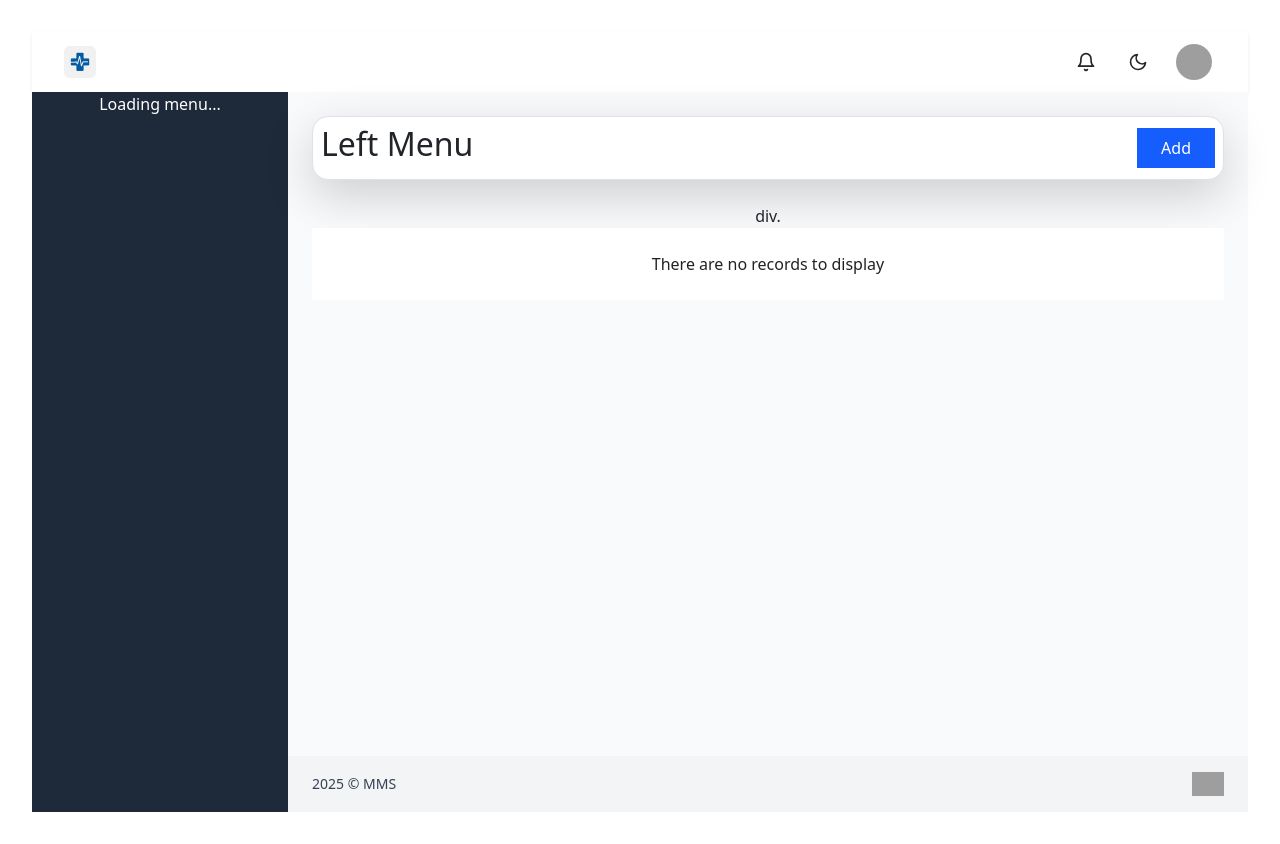
Repository: Giri1103r/Medical_Management_System
Page: /leftmenu (app in my-app/)
These files come from the project's save history. The page is drawn as it stood at one moment and after the next save; the edit follows.
The browser window is 1280 px wide. The pictures show the whole page.
Pictures or frames that could not be fetched are drawn as grey boxes. The page's requests for data from a server got no answer. The project was rebuilt for these pictures with package versions that can differ from the ones it lists, and the page was loaded fresh each time. Some packages were replaced by stand-ins written for this rebuild. No one was signed in, and anything a server would have sent is missing. Also part of the build but not shown: my-app/vite.config.js, my-app/src/Register.jsx, my-app/src/Home.jsx, my-app/src/Login.jsx, my-app/src/layouts/Partial/side_bar.jsx, my-app/src/Dashboard.jsx, my-app/src/api.jsx, my-app/src/Profile.jsx and 5 more.

Above is the page before, as saved 2025-09-30 17:05:51.

### my-app/index.html
<!doctype html>
<html lang="en">
  <head>
    <meta charset="UTF-8" />
    <link rel="icon" type="image/svg+xml" href="" />
    <meta name="viewport" content="width=device-width, initial-scale=1.0" />
  <title>%VITE_APP_NAME%</title>
  </head>
  <body>
    <div id="root"></div>
    <script type="module" src="/src/main.jsx"></script>
  </body>
</html>

### my-app/src/App.jsx
import { BrowserRouter as Router, Routes, Route, NavLink } from "react-router-dom";
import './App.css';
import Register from "./Register";
import Home from "./Home";
import Login from "./Login";
import Dashboard from "./Dashboard";
import Profile from "./Profile";
import { UserProvider } from "./context/UserContext";
import { MasterdataProvider } from "./context/MasterdataContext";
import Leftmenuadd from "./admin/leftmenu/Leftmenuadd";
import SpecializationAdd from "./admin/specialization/SpecializationAdd";
import SpecializationList from "./admin/specialization/SpecializationList";
import SpecializationEdit from "./admin/specialization/SpecializationEdit";
import SpecializationView from "./admin/specialization/SpecializationView";
import FlashProvider from "./context/FlashContext";
import LeftmenuList from "./admin/leftmenu/LeftmenuList";





function App() {
  return (
    <Router>
      <UserProvider>
        <MasterdataProvider>
          <FlashProvider>
            <div className="">
              <Routes>
                <Route path="/register" element={<Register />} />
                <Route path="/" element={<Login />} />
                <Route path="/dashboard" element={<Dashboard />} />
                <Route path="/profile" element={<Profile />} />
                <Route path="/leftmenu" element={<LeftmenuList />} />
                <Route path="/leftmenu/add" element={<Leftmenuadd />} />
                <Route path="/specialization/add" element={<SpecializationAdd />} />
                <Route path="/specialization" element={<SpecializationList />} />
                <Route path="/specialization/edit/:id" element={<SpecializationEdit />} />
                <Route path="/specialization/view/:id" element={<SpecializationView />} />
              </Routes>
            </div>
          </FlashProvider>
        </MasterdataProvider>
      </UserProvider>
    </Router>
  );
}

export default App;

### my-app/src/context/UserContext.jsx
import React, { createContext, useState, useEffect } from "react";
import { jwtDecode } from "jwt-decode";// fixed import for Vite

export const UserContext = createContext();

export const UserProvider = ({ children }) => {
  const [user, setUser] = useState(null);

  useEffect(() => {
    const token = localStorage.getItem("token");
    if (token) {
      try {
        const decoded = JSON.parse(atob(token.split('.')[1]));
        const userId = decoded.id;

        fetch(`/users/${userId}`, {
          headers: { Authorization: `Bearer ${token}` },
        })
          .then(res => res.json())
          .then(data => setUser(data))
          .catch(err => {
            console.error("Failed to fetch user details", err);
            setUser(null);
          });

      } catch (error) {
        console.error("Invalid token", error);
        setUser(null);
      }
    }
  }, []);


  return (
    <UserContext.Provider value={{ user, setUser }}>
      {children}
    </UserContext.Provider>
  );
};

### my-app/src/context/MasterdataContext.jsx
// src/context/MasterdataContext.jsx
import React, { createContext, useState } from "react";
import axios from "axios";

// Only declare once
export const MasterdataContext = createContext();

export const MasterdataProvider = ({ children }) => {
  const [data, setData] = useState({});
  const [loading, setLoading] = useState({});

  const fetchData = async (key, url) => {
    setLoading(prev => ({ ...prev, [key]: true }));
    try {
      const res = await axios.get(url);
      setData(prev => ({ ...prev, [key]: res.data }));
    } catch (err) {
      console.error(`Error fetching ${key}:`, err);
      setData(prev => ({ ...prev, [key]: [] }));
    } finally {
      setLoading(prev => ({ ...prev, [key]: false }));
    }
  };

  return (
    <MasterdataContext.Provider value={{ data, loading, fetchData }}>
      {children}
    </MasterdataContext.Provider>
  );
};

### my-app/src/context/FlashContext.jsx
import React, { createContext, useContext, useEffect, useState } from "react";
import axios from "axios";
import { useLocation } from "react-router-dom";
import { toast, ToastContainer } from "react-toastify";
import "react-toastify/dist/ReactToastify.css";

const FlashContext = createContext()

export const useFlash = () => useContext(FlashContext);



const  FlashProvider =({children}) => {

    const location = useLocation();

   const flash = (msg, type = "success") => {
    if (type === "success") toast.success(msg);
    if (type === "error") toast.error(msg);
    if (type === "info") toast.info(msg);
    if (type === "warn") toast.warn(msg);
  };

  useEffect(()=>{
    if (location.state?.message) {
      flash(location.state.message, "success");
      window.history.replaceState({}, document.title);
    }
  }, [location]);
 return (
    <FlashContext.Provider value={{ flash }}>
      {children}
      <ToastContainer position="top-right" autoClose={3000} />
    </FlashContext.Provider>
  );
};

export default FlashProvider;

### my-app/src/admin/leftmenu/LeftmenuList.jsx
import React from 'react'
import { useNavigate } from 'react-router-dom'
import AdminLayout from '../../layouts/adminLayout';
import DataTable from "react-data-table-component";

const LeftmenuList = () => {

    const columns = [
        {
            name: "Menu Name", selector: row => row.name, sortable: true

        },
        {
            name: "Status", selector: row => row.status == 1 ? 'Active' : 'In-active',
            sortable: true,
            // cell: row =>(

            // )
        },
        {
            name: "Created At", selector: row => row.created_at, sortable: true
        },
        {
            name: "Updated At", selector: row => row.updated_at, sortable: true
        },
    ]
    const navigate = useNavigate();
    return (
        <AdminLayout>
            <div className="rounded-2xl overflow-hidden shadow-lg bg-white border mb-4">
                <div className="p-2 flex items-center justify-between">
                    <h2 className="text-sm font-bold text-gray-800">Left Menu</h2>
                    <div className='flex gap-2'>

                        <button
                            type="button"
                            onClick={() => navigate('/leftmenu/add')}
                            className="px-4 py-2 bg-blue-600 text-white rounded-lg hover:bg-blue-700"
                        >
                            Add
                        </button>
                    </div>
                </div>
            </div>

            div.

            <DataTable
                columns={columns}
                pagination
                highlightOnHover
                pointerOnHover
                striped
                responsive
            />
        </AdminLayout>
    );

}

export default LeftmenuList

### my-app/src/layouts/adminLayout.jsx
import React from "react";
import Header from "./Partial/header";
import Footer from "./Partial/footer";
import LeftMenu from "./Partial/left_menu";

const AdminLayout = ({ title, children }) => {
  return (
    <div id="wrapper" className="flex flex-col min-h-screen w-full">

      <Header title={title} />


      <div className="flex flex-grow w-full">

        <aside className="w-64 bg-gray-800 text-white min-h-screen">
          <LeftMenu />
        </aside>


        <main className="flex-grow flex flex-col bg-gray-50">
          <div className="flex-grow p-4">{children}</div>

          {/* Footer at the bottom */}
          <Footer />
        </main>
      </div>
    </div>
  );
};

export default AdminLayout;

### my-app/src/layouts/Partial/header.jsx
// Header.jsx
import React, { useContext, useEffect, useState } from "react";
import { Bell, Menu, LogOut, User,Sun,Moon } from "react-feather";
import { UserContext } from "../../context/UserContext";
import { useNavigate } from "react-router-dom";

const Header = ({ notifications, user, onLogout, title }) => {
  const [unreadCount, setUnreadCount] = useState(null);
  const [darkmode , setDarkmode] = useState(localStorage.getItem("theme")==="dark");

  useEffect(() =>{
    if(darkmode){
      document.documentElement.classList.add("dark");
      localStorage.setItem("theme","dark");
    }else {
      document.documentElement.classList.remove("dark");
      localStorage.setItem("theme", "light");
    }
  },[darkmode]);
  const navigate = useNavigate();
  const { setUser } = useContext(UserContext);

  const markAllRead = () => {
    setUnreadCount(0);
  };

  const OnLogout = () => {
    localStorage.removeItem("token");
    if (setUser) setUser(null);
    navigate("/");
  };

  return (
    <header className="flex items-center justify-between px-4 py-2 shadow-sm bg-white">
      {/* Left: Logo and Title */}
      <div className="flex items-center">
        {/* Mobile menu button */}
        <button className="lg:hidden p-2 mr-2 border rounded bg-gray-100">
          <Menu size={20} />
        </button>

        {/* Logo */}
        <a href="/dashboard" className="flex items-center">
          <img src="/images/logo.png" alt="logo" className="mx-2 h-8 w-8 rounded" />
        </a>

        {/* Page title */}
        <h5 className="ml-3 text-lg font-medium">{title}</h5>
      </div>

      {/* Right: Notifications & Profile */}
      <div className="flex items-center space-x-4">
        {/* Notification */}
        <div className="relative">
          <button
            className="relative p-2 rounded hover:bg-gray-100"
            onClick={markAllRead}
          >
            <Bell size={20} />
            {unreadCount > 0 && (
              <span className="absolute top-0 right-0 inline-flex items-center justify-center px-1.5 py-0.5 text-xs font-bold leading-none text-white bg-red-600 rounded-full transform translate-x-1/2 -translate-y-1/2">
                {unreadCount}
              </span>
            )}
          </button>
          {/* Dropdown menu */}
          <div className="absolute right-0 mt-2 w-72 bg-white border rounded shadow-lg z-50 hidden group-hover:block">
            <div className="px-4 py-2 flex justify-between items-center border-b">
              <span className="font-semibold">Notifications</span>
              {unreadCount > 0 && (
                <span
                  className="text-blue-500 text-sm cursor-pointer"
                  onClick={markAllRead}
                >
                  Mark all read
                </span>
              )}
            </div>
            {/* Optional notifications list */}
            <div className="max-h-60 overflow-y-auto"></div>
            <div className="text-center border-t py-2">
              <a
                href="/notifications"
                className="text-blue-500 text-sm hover:underline"
              >
                View all
              </a>
            </div>
          </div>
        </div>

        {/* For Theme dark and light */}

        <div className="relative">
         <button className="  p-2 rounded hover:bg-gray-100 dark:hover:bg-gray-800" onClick={() => setDarkmode(!darkmode)}
         >
          {darkmode? <Sun size={20} /> : <Moon size={20} />}
         </button>

        </div>

        {/* Profile */}
        <div className="relative group">
          <button className="flex items-center p-1 rounded hover:bg-gray-100">
            <img
              src={user?.avatar || "/logo192.png"}
              alt="avatar"
              className="h-9 w-9 rounded-full mr-2"
            />
          </button>

          {/* Dropdown menu */}
          <div className="absolute right-0 mt-2 w-48 bg-white border rounded shadow-lg z-50 hidden group-hover:block">
            <div className="px-4 py-2 border-b">{user?.name}</div>
            <a
              href="/profile"
              className="flex items-center px-4 py-2 text-gray-700 hover:bg-gray-100"
            >
              <User size={16} className="mr-2" /> My Account
            </a>
            <div className="border-t"></div>
            <button
              onClick={onLogout || OnLogout}
              className="flex items-center w-full px-4 py-2 text-gray-700 hover:bg-gray-100"
            >
              <LogOut size={16} className="mr-2" /> Logout
            </button>
          </div>
        </div>
      </div>
    </header>
  );
};

export default Header;

### my-app/src/layouts/Partial/footer.jsx
import React from "react";

const Footer = () => {
  return (
    <footer className="bg-gray-100 py-3 mt-auto">
      <div className="container mx-auto px-4">
        <div className="flex flex-col md:flex-row justify-between items-center">
          {/* Left Side */}
          <div className="text-gray-700 text-sm">
            {new Date().getFullYear()} &copy; {import.meta.env.VITE_APP_NAME}
          </div>


          <div className="hidden sm:flex items-center space-x-2 text-sm text-gray-600">

            <img
              src="/assets/images/neoehs.svg"
              className="h-6" // 25px approx
              alt=""
            />
          </div>
        </div>
      </div>
    </footer>

  );
};

export default Footer;

### my-app/src/layouts/Partial/left_menu.jsx
import React, { useEffect, useState } from 'react'
import  SidebarMenu from "./side_bar";

const left_menu = () => {
    const [menuData, setMenuData] = useState([]);

    useEffect(() => {
        fetch("http://localhost:5000/api/leftmenus/getmenus")
            .then(response => response.json())
            .then(data => setMenuData(data))
            .catch(error => console.error('Error fetching menu data:', error));
    }, []);

    return (
        <div>
            {menuData.length > 0 ? (
                <SidebarMenu menuData={menuData} />
            ) : (
                <p>Loading menu...</p>
            )}
        </div>
    )
}

export default left_menu

Loaded but not shown: my-app/src/main.jsx (common file); my-app/src/index.css (common file); my-app/src/App.css (common file)

After the next save:
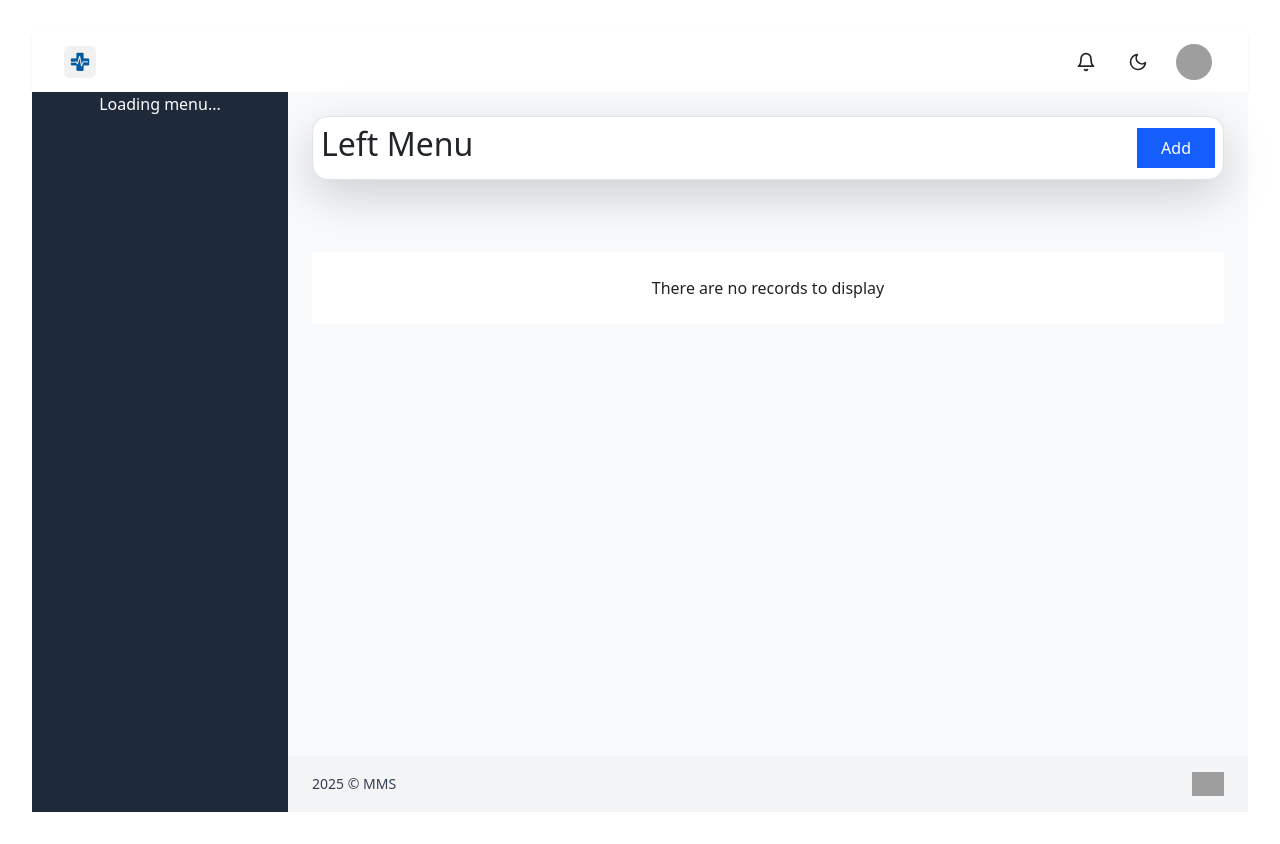
Saved 4 s later.
--- a/my-app/src/admin/leftmenu/LeftmenuList.jsx
+++ b/my-app/src/admin/leftmenu/LeftmenuList.jsx
@@ -43,7 +43,9 @@ const LeftmenuList = () => {
                 </div>
             </div>
 
-            div.
+            <div className="p-6">
+
+            </div>
 
             <DataTable
                 columns={columns}
